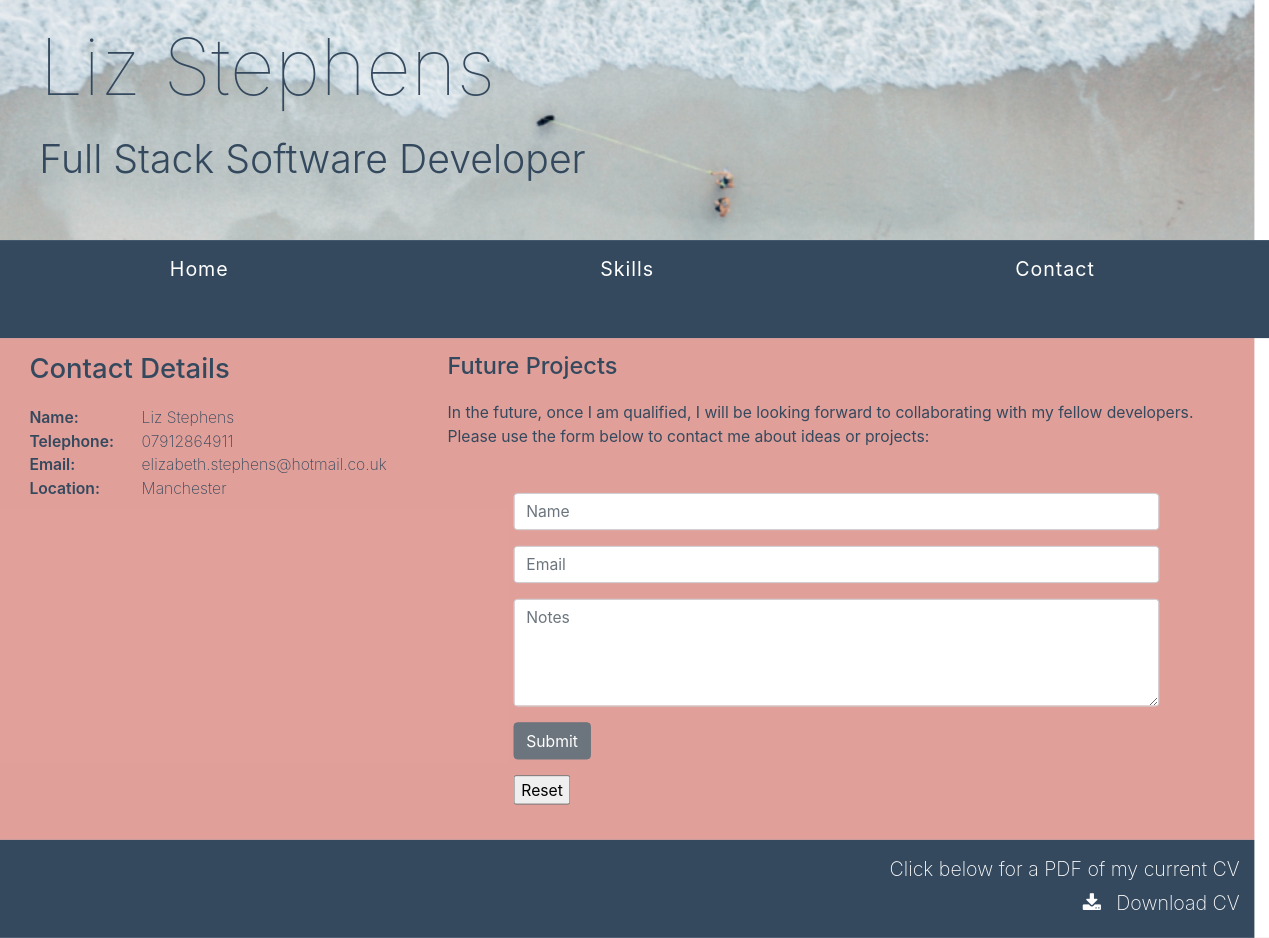
Repository: Liz94688/portfolio-site
Page: contact.html
The author's editor kept a record of every edit. The page is drawn from the files as they stood at one moment, then again after the next edit.
The browser window is 1280 px wide. The page is 1295 px wide, so the pictures cover 1295 px, including what lies to the right of the window. The pictures show the whole page, at 98% of full size.

Above is the page before.

After the next edit:
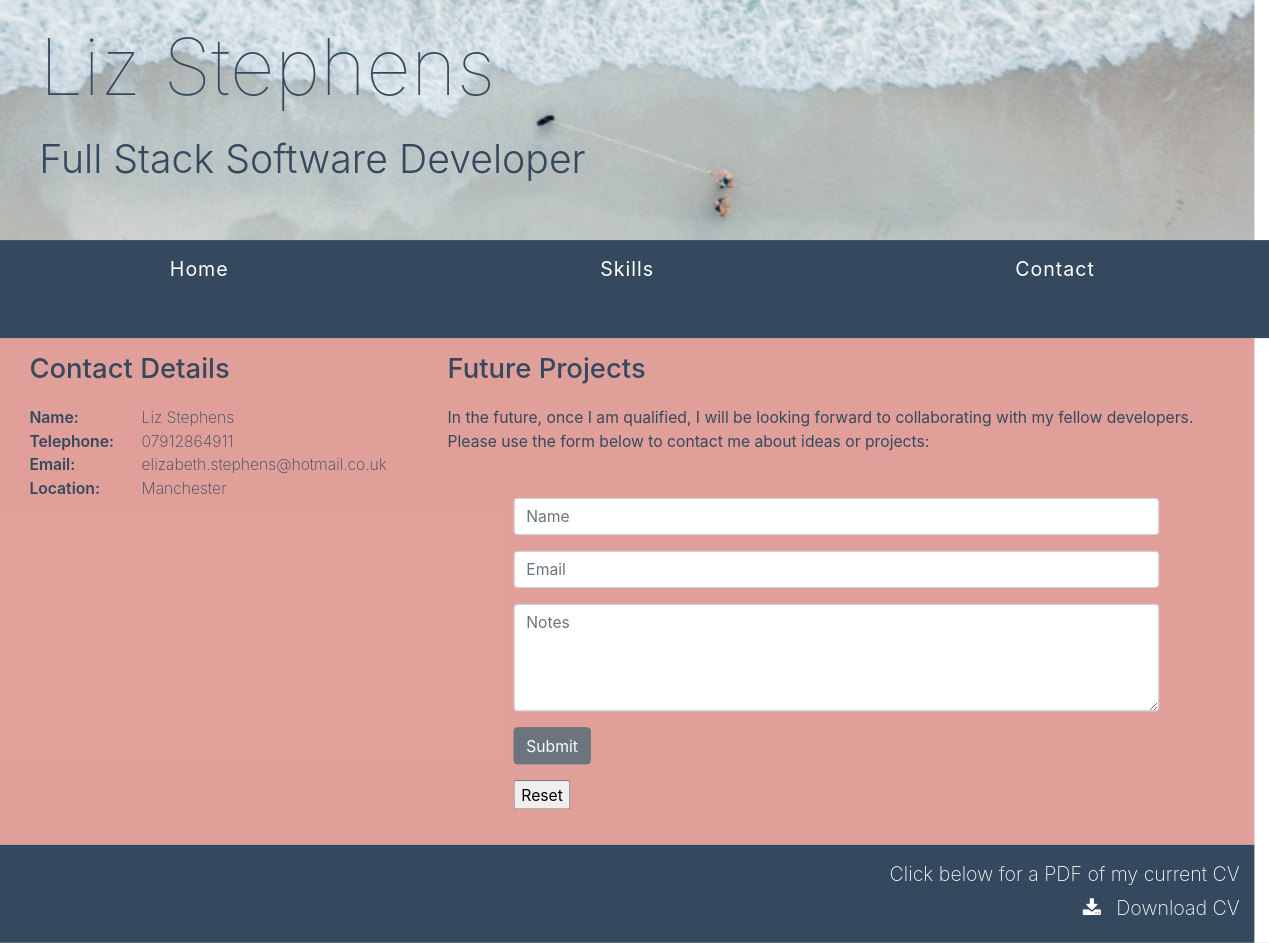
The edit:
--- a/contact.html
+++ b/contact.html
@@ -72,7 +72,7 @@
             </div>
             <div class="col-md-8 contact-form">
                 <div class="col-12">
-                    <h4 class="contact-form-title">
+                    <h3 class="contact-form-title">
                         Future Projects
                     </h4>
                 </div>
